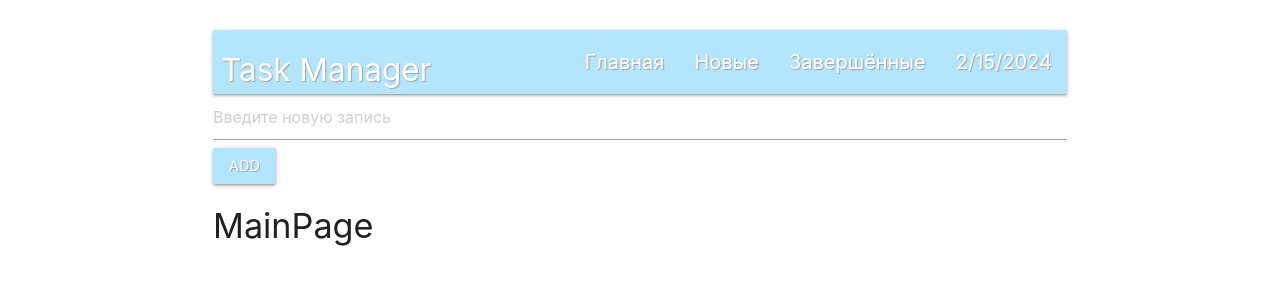
Repository: iveivs/myReactTaskManager
Page: /
These files come from the project's save history. The page is drawn as it stood at one moment and after the next save; the edit follows.
The browser window is 1280 px wide. The pictures show the whole page.
The project was rebuilt for these pictures with package versions that can differ from the ones it lists, and the page was loaded fresh each time. Also part of the build but not shown: vite.config.js, src/components/DoneTasks.jsx, src/components/NewTasks.jsx.

Above is the page before, as saved 2024-02-15 15:14:31.

After the next save:
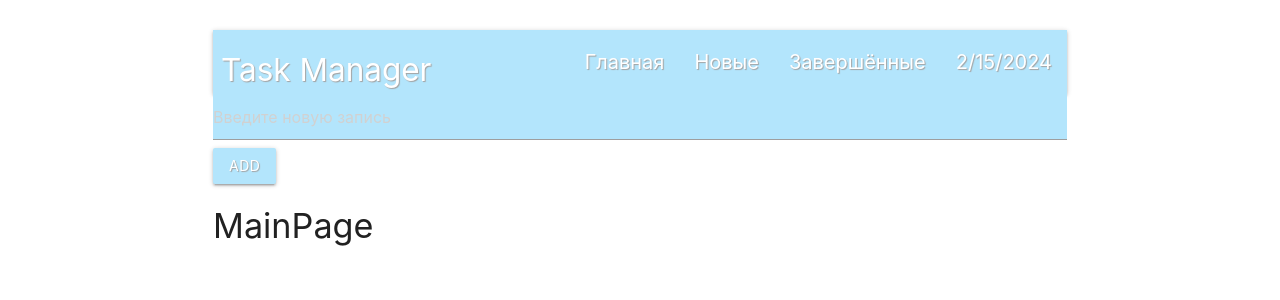
Saved 4 s later.
--- a/src/App.jsx
+++ b/src/App.jsx
@@ -57,7 +57,7 @@ useEffect(()=> {
         <Header  />
         <input
           placeholder='Введите новую запись'
-          className='inputMain '
+          className='inputMain light-blue lighten-4'
           value={input}
           onChange={(e) => handleChange(e)}
           type="text" />
